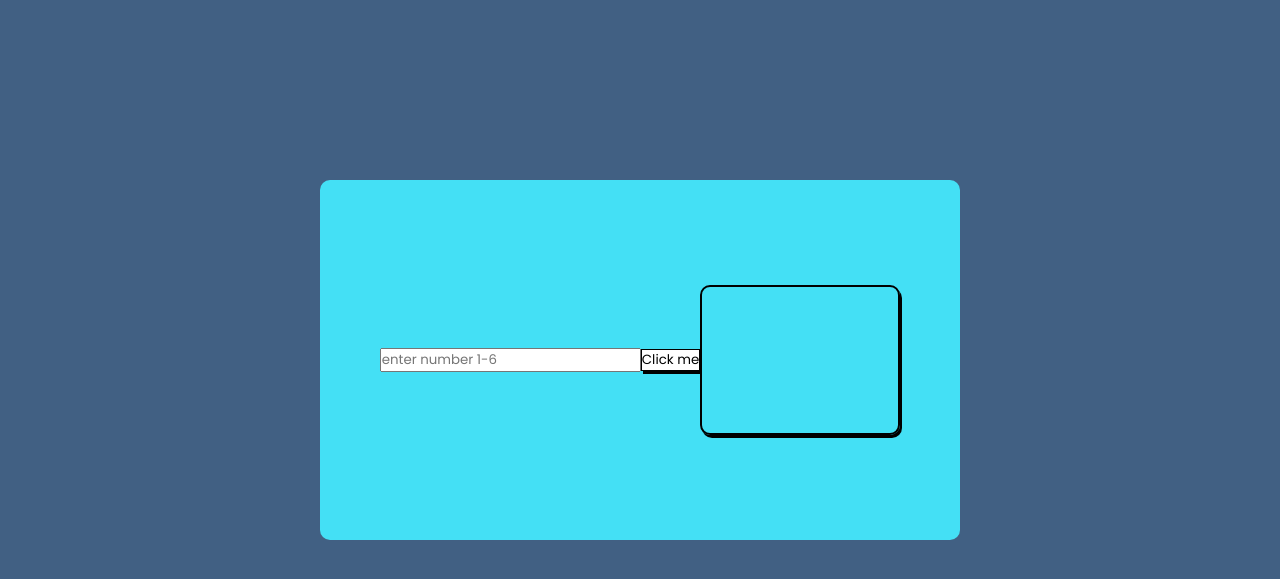
Repository: Seryozha02/Guessing-Game
Page: promise.html
These files come from the project's save history. The page is drawn as it stood at one moment and after the next save; the edit follows.
The browser window is 1280 px wide. The pictures show the whole page.

Above is the page before, as saved 2022-02-23 14:15:09.

### promise.html
<!DOCTYPE html>
<html lang="en">
<head>
    <meta charset="UTF-8">
    <meta http-equiv="X-UA-Compatible" content="IE=edge">
    <meta name="viewport" content="width=device-width, initial-scale=1.0">
    <link rel="stylesheet" href="./promise.css">
    <title>Guessing Game</title>
</head>
<body>
    <div class="body">
        <div class="conteiner">

            <div class="main">
                <input type="number" id="value" placeholder="enter number 1-6">
                <button class="btn" id="button">Click me</button>
                <div class="table" id="show-text">
                    <p class="p1"></p>
                    <p class="p2"></p>
                </div>
                <p class="sum"></p>
            </div>
        </div>
    </div>
  <script src="./promise.js"></script>
</body>
</html>

### promise.css
@import url('https://fonts.googleapis.com/css2?family=Poppins:wght@200;300;400;500;600;700&display=swap');
* {
    margin: 0;
    padding: 0;
    box-sizing: border-box;
    font-family: 'Poppins', sans-serif;
}

.body {
    background-color: rgb(65, 96, 131);
    position: absolute;
    width: 100%;
    height: 100%;
    display: flex;
    align-items: center;
    justify-content: center;
}

.conteiner {
    background-color: rgb(68, 224, 245);
    position: relative;
    width: 50%;
    height: 50%;
    display: flex;
    align-items: center;
    justify-content: center;
    border-radius: 10px;
}

.main {
    display: contents;
    flex-direction: row;
}

.table {
    border: 2px solid black;
    width: 200px;
    height: 150px;
    box-shadow: 2px 3px black;
    border-radius: 10px;
}

.btn {
    background-color: white;
    border: 1px solid;
    box-shadow: 2px 3px black;
}

### promise.js
const value = document.getElementById("value");
const button = document.getElementById("button");
const p1Text = document.querySelector(".p1");
let p2Text = document.querySelector(".p2");
const sum = document.querySelector(".sum");
let showText = document.getElementById("show-text");
let totalCount = 0;

function randomNum(max) {
    return Math.floor(Math.random() * max) + 1;
}
function guess(random, inputValue) {
    return new Promise(function(resolve, reject) {
        let count = 0;
        if (inputValue === random) {
            count = 2;
            resolve(count);
        } else if (Math.abs(inputValue - random) === 1) {
            count = 1;
            resolve(count);
        } else {
            count = 0;
            reject(count);
        }
    })
};
button.addEventListener("click", function() {
    let random = randomNum(6);
    if (Number(value.value) > 6 || Number(value.value) < 1) {
        showText.innerText = "";
        alert("please choose number from 1 to 6")
    } else {
        inputValue = Number(value.value);
        p1Text.innerText = "random number: " + random;
    }
    guess(random, inputValue).then(function(result) {
        totalCount += result;
        p2Text.innerText = `count number: ${result}`;
        sum.innerText = `total: ${totalCount}`;
    }).catch(function(param) {
        if (param !== 0) {
            totalCount += param;
        } else {
            totalCount = 0;
        }
        p2Text.innerText = `count number: ${param}`;
        sum.innerText = `total: ${totalCount}`;
    })

})

After the next save:
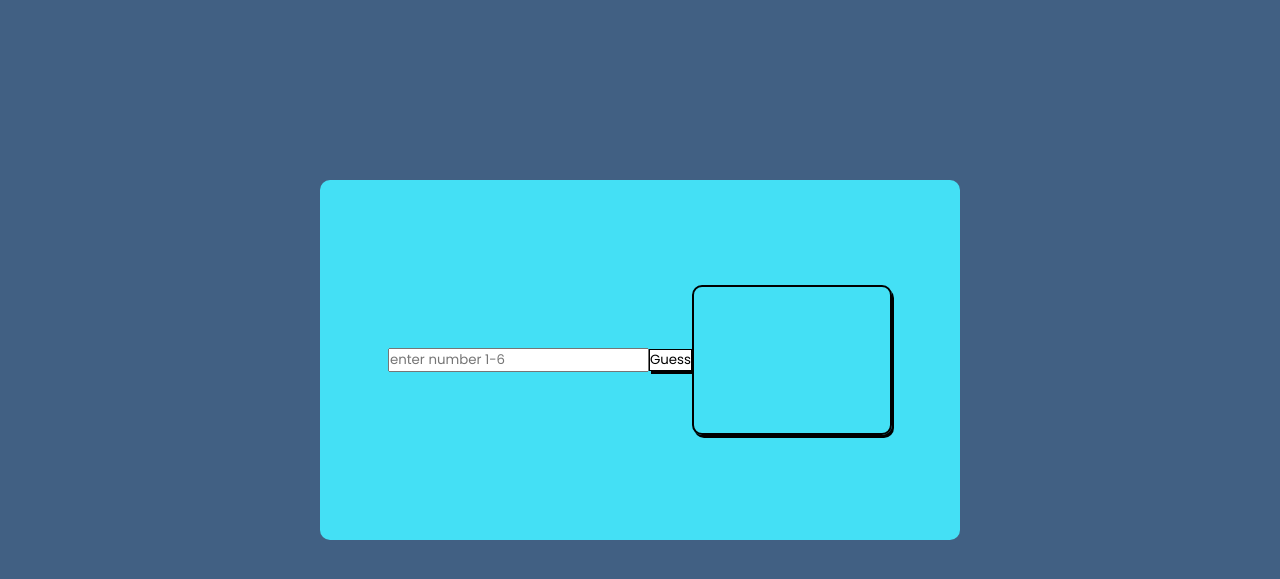
Saved 71 s later.
--- a/promise.html
+++ b/promise.html
@@ -13,7 +13,7 @@
 
             <div class="main">
                 <input type="number" id="value" placeholder="enter number 1-6">
-                <button class="btn" id="button">Click me</button>
+                <button class="btn" id="button">Guess</button>
                 <div class="table" id="show-text">
                     <p class="p1"></p>
                     <p class="p2"></p>
